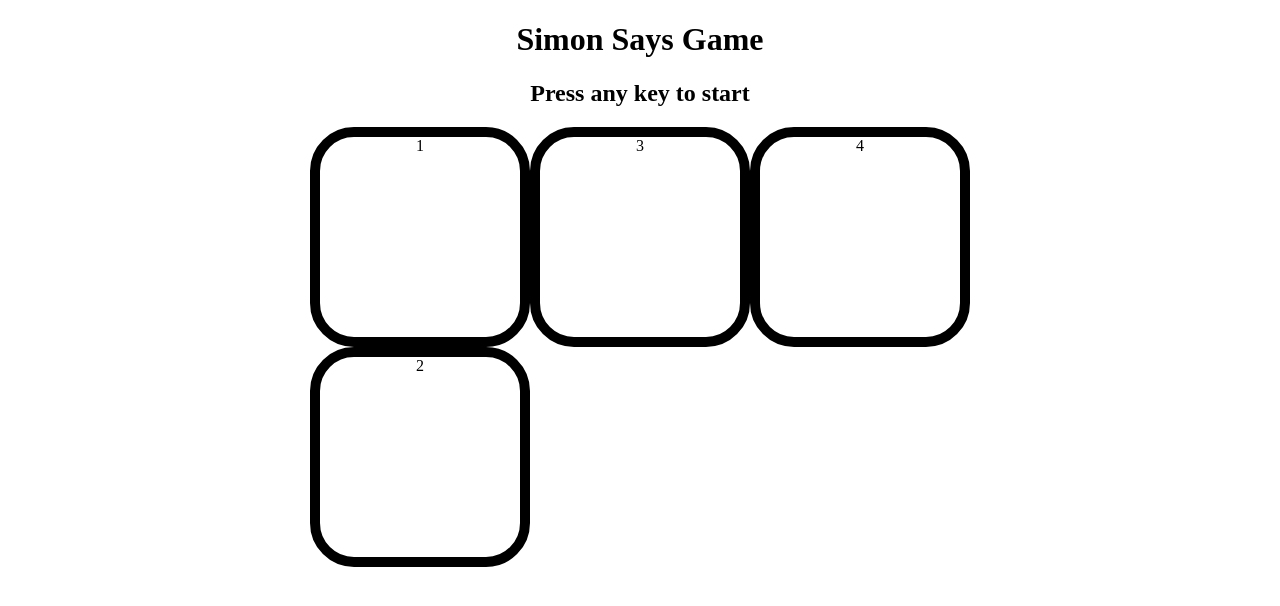
Repository: Manish-tomar-aligarh/Simon-Says-Game
Page: index.html
These files come from the project's save history. The page is drawn as it stood at one moment and after a run of saves; the edit follows.
The browser window is 1280 px wide. The pictures show the whole page.

Above is the page before, as saved 2025-05-25 11:28:10.

After the next 2 saves:
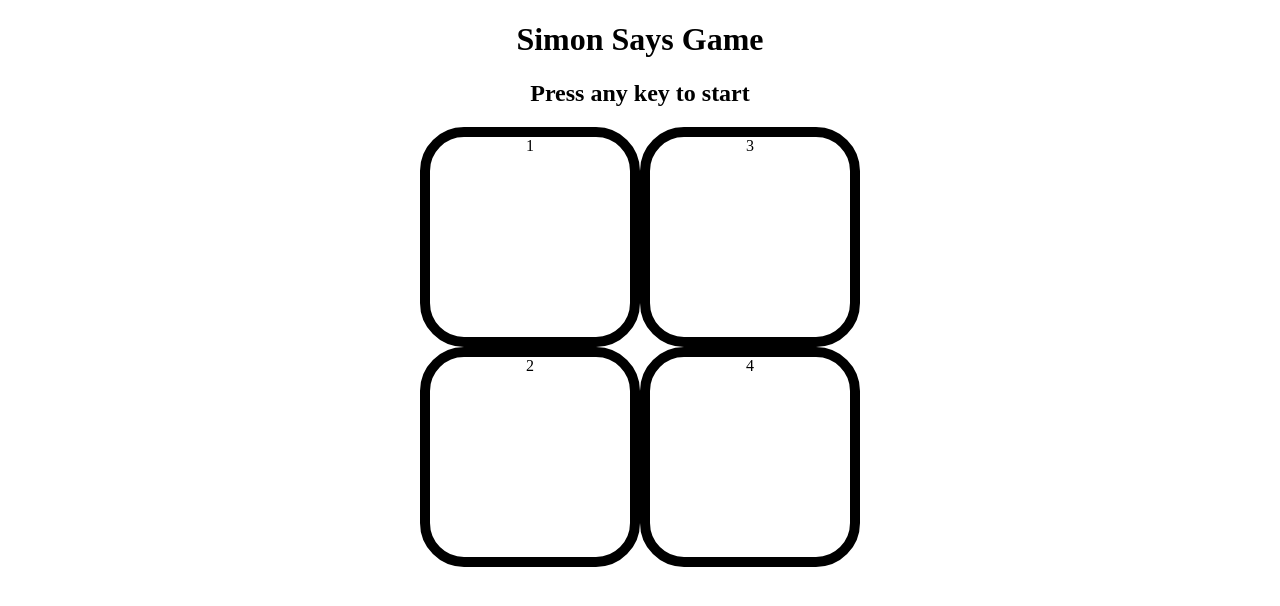
The 2 saves are shown as one change because they came seconds apart.
The last was saved 7 s later.
--- a/index.html
+++ b/index.html
@@ -18,11 +18,12 @@
 
         </div>
         <div class="line-two">
+            <div class="btn">3</div>
+        <div class="btn">4</div>
 
         </div>
 
-        <div class="btn">3</div>
-        <div class="btn">4</div>
+
     </div>
 
     <script src="app.js"></script>
